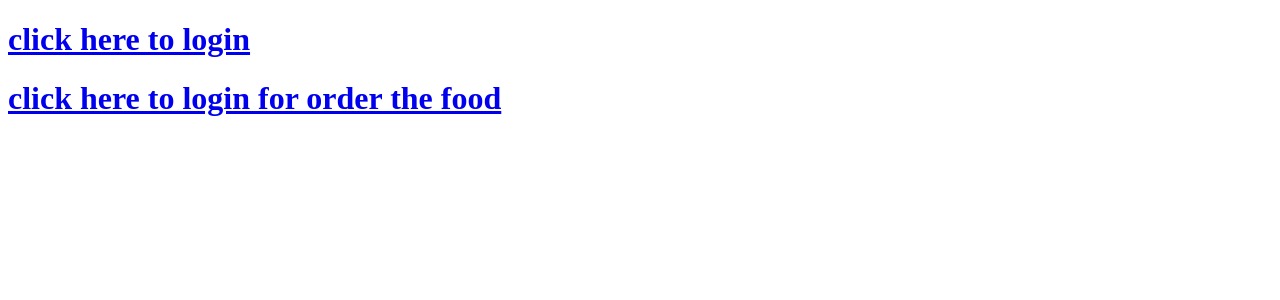
Repository: Sushmitha-K22-Github/Spring_AdminHospital_app
Page: http://localhost/DEMO/
An editor plug-in stored every save of this project. The page is shown before and after the next save, followed by the edit.
The browser window is 1280 px wide. The pictures show the whole page.
The page is served by Tomcat 9.

Above is the page before, as saved 2023-06-03 07:36:50.

After the next save:
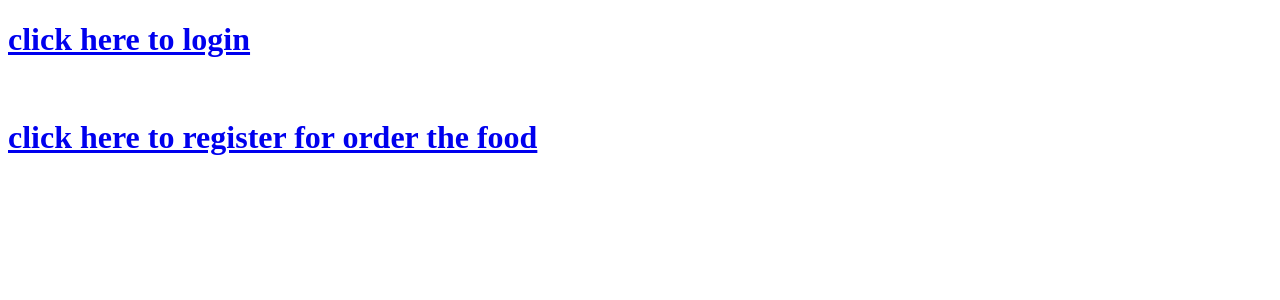
Saved 58 s later.
--- a/DEMO/src/main/webapp/index.jsp
+++ b/DEMO/src/main/webapp/index.jsp
@@ -7,7 +7,7 @@
 <title>Insert title here</title>
 </head>
 <body>
-<h1><a href="login.jsp">click here to login</a></h1>
-<h1><a href="foodlogin.jsp">click here to login for order the food</a></h1>
+<h1><a href="login.jsp">click here to login</a></h1><br>
+<h1><a href="foodregister.jsp">click here to register for order the food</a></h1>
 </body>
 </html>
